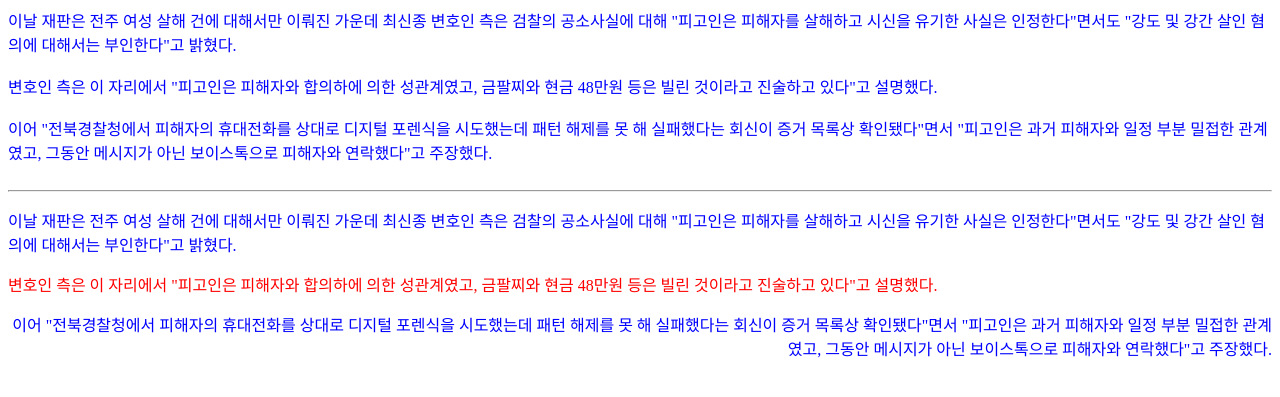
Repository: Chun0903/classStudy_github.io
Page: client/ClientTest/WebContent/ex06_p.html
The author's editor kept a copy of each file at every save. The page is drawn from the files as they stood at one save, then again after the next save.
The browser window is 1280 px wide. The pictures show the whole page.

Above is the page before, as saved 2020-06-18 08:20:32.

After the next save:
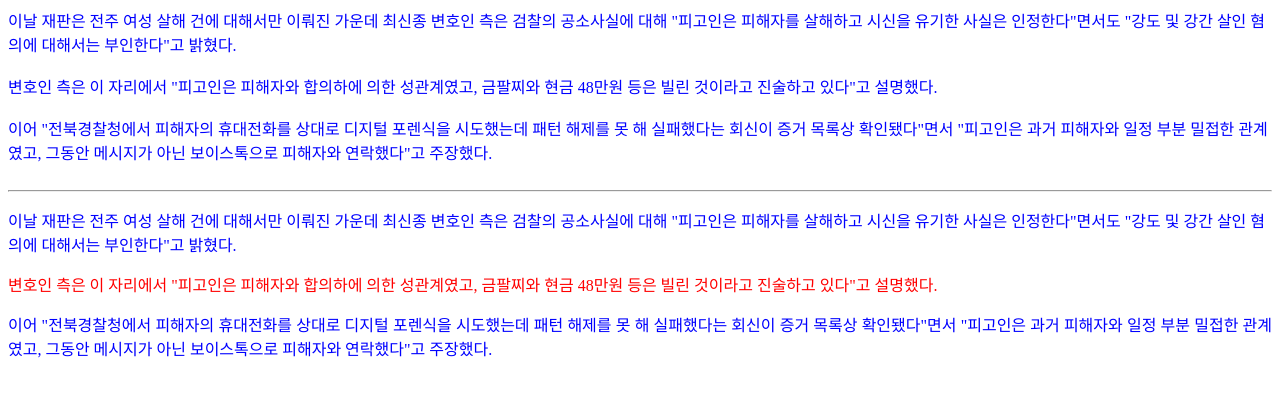
Saved 9 s later.
--- a/client/ClientTest/WebContent/ex06_p.html
+++ b/client/ClientTest/WebContent/ex06_p.html
@@ -43,7 +43,7 @@
 	-->
 
 
-	<p align="right">이어 "전북경찰청에서 피해자의 휴대전화를 상대로 디지털 포렌식을 시도했는데 패턴 해제를 못 해 실패했다는 회신이 증거 목록상 확인됐다"면서 "피고인은 과거 피해자와 일정 부분 밀접한 관계였고,
+	<p align="justify">이어 "전북경찰청에서 피해자의 휴대전화를 상대로 디지털 포렌식을 시도했는데 패턴 해제를 못 해 실패했다는 회신이 증거 목록상 확인됐다"면서 "피고인은 과거 피해자와 일정 부분 밀접한 관계였고,
 그동안 메시지가 아닌 보이스톡으로 피해자와 연락했다"고 주장했다.</p>
 
 
